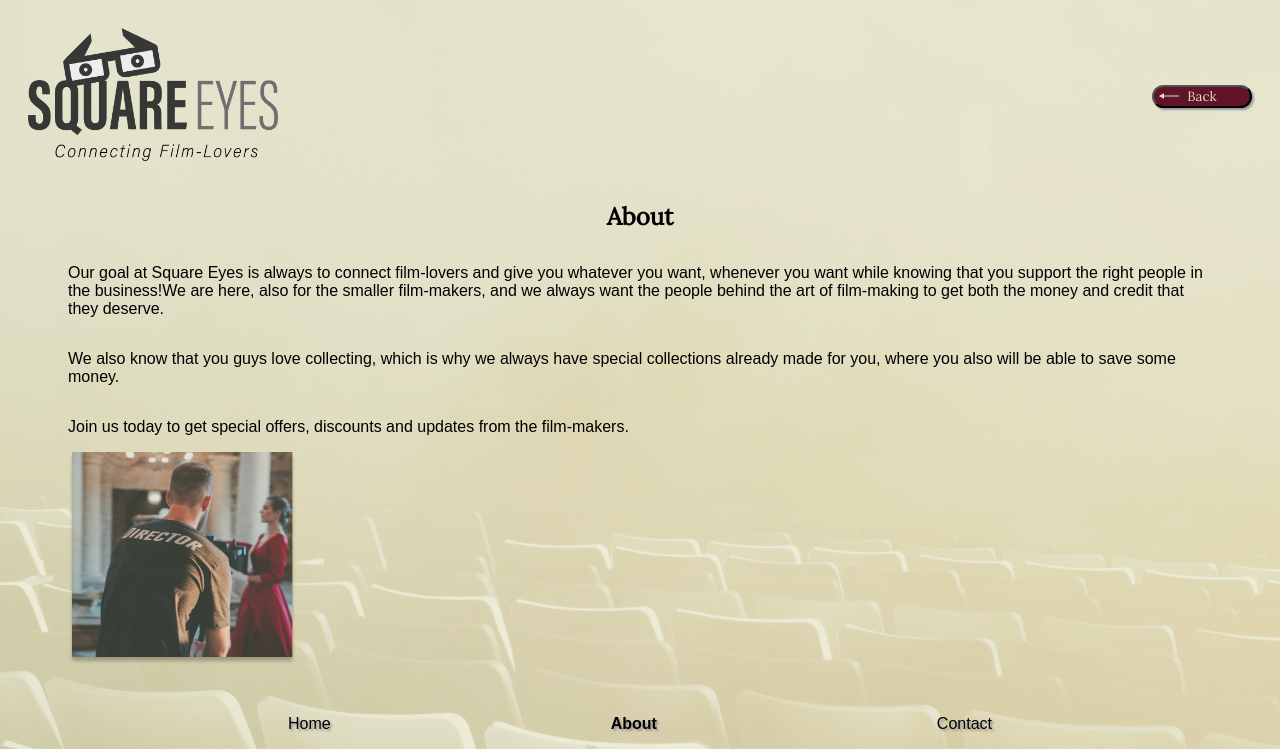
Repository: Noroff-FEU-Assignments/cross-course-project-Bekkholt
Page: about.html
The author's editor kept a copy of each file at every save. The page is drawn from the files as they stood at one save, then again after the next save.
The browser window is 1280 px wide. The pictures show the whole page.

Above is the page before, as saved 2022-11-07 20:25:19.

### about.html
<!DOCTYPE html>
<html>
  <head>
    <title>Square Eyes | About</title>
    <meta name="description" content="Square Eyes - Connecting film lovers." />
    <meta name="viewport" content="width=device-width, initial-scale=1" />
    <link href="css/index.css" rel="stylesheet">
    <link rel="preconnect" href="https://fonts.googleapis.com">
    <link rel="preconnect" href="https://fonts.gstatic.com" crossorigin>
    <link href="https://fonts.googleapis.com/css2?family=Lora&display=swap" rel="stylesheet">
    <meta name="viewport" content="width=device-width, initial-scale=1">
  </head>
  <body>
    <header>
      <a href="index.html"><img class="logo" src="images/SquareEyes_Logo.png" alt="Square Eyes logo"></a>
      <a href="index.html"><button class="cta back">Back</button></a>
    </header>
    <main>
      <h1>About</h1>

    <div class="director_photo">

    <p>
        Our goal at Square Eyes is always to connect film-lovers and give you whatever you want, whenever you want while knowing that you support the right people in the business!We are here, also for the smaller film-makers, and we always want the people behind the art of film-making to get both the money and credit that they deserve.
    </p>
    <p>
        We also know that you guys love collecting, which is why we always have special collections already made for you, where you also will be able to save some money.
    </p>
    <p>
        Join us today to get special offers, discounts and updates from the film-makers.
    </p>
    <img src="images/Rectangle 48.png" alt="Director filming a scene">
  </div>
  </main>
  <footer>
    <nav>
      <ul>
        <li><a href="index.html">Home</a></li>
        <li><a href="about.html" class="active">About</a></li>
        <li><a href="contact.html">Contact</a></li>
      </ul>
    </nav>
  </footer>
  </body>
</html>

### css/index.css
html {
    background: url(../images/alex-avalos-dnUNjIUCg5c-unsplash.jpg);
    background-size: cover;
    background-repeat: no-repeat;
    background-blend-mode:soft-light;
    background-color: #ddddc5;
    min-height: 100%;
}

h1, h2 {
    font-family: 'Lora', serif;
    font: bold;
    font-size: x-large;
    text-align: center;
    font-weight: bold;
}

p {
    font-family: 'DM Sans', sans-serif;
    color: #000000;
    text-align: left;
    /* padding: 5px 60px; */
}

.index {
    text-shadow: 2px 2px 2px #9c9999;
}

form {
    display: flex;
    flex-direction: column;
    padding: 10px 85px 10px 85px;
}

header {
display: flex;
flex-direction: row;
justify-content: space-between;
align-items: center;
padding: 20px;
}

.genre, .price {
    display: flex;
    flex-direction: row;
    justify-content: space-around;
}

.price {
    padding-top: 0px;
    padding-bottom: 30px;
}

.hobbs, .godzilla, .batman,
.toy-story, .addams, .sweetheart, .hollywood, .scream {
    max-width: 100px;
    margin: 0px;
    box-shadow: 2px 2px 2px #9c9999;
}

.collections {
    display: flex;
    flex-direction: row;
    justify-content: space-around;
}

.cta {
    background-color: #611428;
    color: #ddddc5;
    font-family: 'Lora', serif;
    border-radius: 50px;
    width: 100px;
    text-decoration: none;
    text-align: center;
    box-shadow: 2px 2px 2px #9c9999;
}

.cta_tall {
    padding-top: 10px;
    padding-bottom: 10px;
}

.long {
    align-self: center;
    width: 200px;
    margin: 5px;
}

nav {
    margin-top: 50px;
}

.back {
    background-image: url(../images/Arrow\ 6.png);
    background-repeat: no-repeat;
    background-position: 5px;
}

.logo {
    max-width: 150px;
    padding: 0px;
}

ul a {
    font-family: 'DM Sans', sans-serif;
    color: #000000;
    text-decoration: none;
    text-shadow: 2px 2px 2px #9c9999;
}

ul {
    list-style: none;
    display: flex;
    flex-direction: row;
    justify-content: space-evenly;
    padding: 0%;
}

.active, .bold {
    font-weight: bold;
}

.allproducts {
    display: flex;
    flex-direction: row;
}

.addams__specific {
    max-width: 50%;
    max-height: 50%;
    padding: 95px;
    padding-top: 20px;
    padding-bottom: 20px;
}

.checkmark {
    height: 70px;
}

.checkout_buttons {
    display: flex;
    flex-direction: column;
    align-items: center;
    padding-top: 5px;
}

.items {
    display: flex;
    flex-direction: column;
    align-items: center;
}

.index {
    text-align: left;
    padding-left: 15px;
    margin: 5px 0;
}

.continue {
    text-align: center;
    padding: 0px;
    margin: 20px;
}

.congratulations {
    color: #611428;
    font-size: xx-large;
}

.director_photo {
    display: flex;
    flex-direction: column;
    align-items: flex-start;
    padding: 0 60px;
}

input, textarea  {
    margin-bottom: 5px;
    border-radius: 20px;
    background-color: #ddddc5;
    box-shadow: 2px 2px 2px #9c9999;
    border: none;
    height: 25px;
}

.checkout_form {
    margin-bottom: 15px;
}

.contact_form {
    padding: 10px;
}

.contact_form_space {
    margin-bottom: 30px;
}

.message {
    height: 60px;
    padding: 10px;
}

.submit_form_space {
    padding: 10px;
    margin-top: 20px;
    margin-bottom: 60px;
}

.small_form {
    display: flex;
    justify-content: center space-evenly;
    width: 98px;
}

.small_form_left {
    margin-right: 2px;
}

.small_form_right {
    margin-left: 2px;
}

.paypal {
    width: 80px;
    height: 60px;
    border-radius: 90px;
    display: flex;
    align-self: center;
    background-image: url(../images/paypal_button.png);
    background-repeat: no-repeat;
    background-position: 50%;
    box-shadow: 2px 2px 2px #9c9999;
}

.paypal_button {
    /* width: 80px;
    height: 60px; */
    border-radius: 90px;
    display: flex;
    flex-direction: column;
    background-color: #ddddc5;
    align-self: center;
    box-shadow: 2px 2px 2px #9c9999;
    text-decoration: none;
    margin: auto;
    width: fit-content;
    padding: 5px 0;
}

.paypal_button_text {
    text-align: center;
    margin: 0 30px;
    padding: 0;
}

.paypal_button_logo {
    width: 30px;
    align-self: center;
}

.product_text {
    margin-top: 1px;
    margin-bottom: 1px;
}

@media (min-width: 600px) and (max-width: 999px) {

    p {
    /* margin: 0px 100px; */
    }

    .director_photo {
        /* margin-left: 50px; */
    }

    .addams__specific {
        margin: 0px 100px;
    }
/*
    .checkmark {
        padding-left: 400px;
    } */

    .small_form {
        display: flex;
        justify-content: center space-evenly;
        width: 125px;
    }

    .index {
        margin-left: 40px;
    }

    form {
        display: flex;
        flex-direction: column;
        padding: 10px 200px 10px 200px;
    }

    .small_form {
        display: flex;
        justify-content: center space-evenly;
        width: 110px;
    }

    .hobbs, .godzilla, .batman,
    .toy-story, .addams, .sweetheart, .hollywood, .scream {
    max-width: 150px;
    margin: 0px;
    box-shadow: 2px 2px 2px #9c9999;
}

    .logo {
    max-width: 200px;
    padding: 0px;
}

}

@media (min-width: 1000px) {

    p {
    /* margin: 20px 300px; */
    }


    .addams__specific {
        margin: 0px 380px;
    }

    .small_form {
        display: flex;
        justify-content: center space-evenly;
        width: 125px;
    }

    .index {
        margin-left: 90px;
    }

    .logo {
        max-width: 250px;
        padding: 0px;
    }

    .hobbs, .godzilla, .batman,
    .toy-story, .addams, .sweetheart, .hollywood, .scream {
    max-width: 200px;
    margin: 0px;
    box-shadow: 2px 2px 2px #9c9999;
}
}

After the next save:
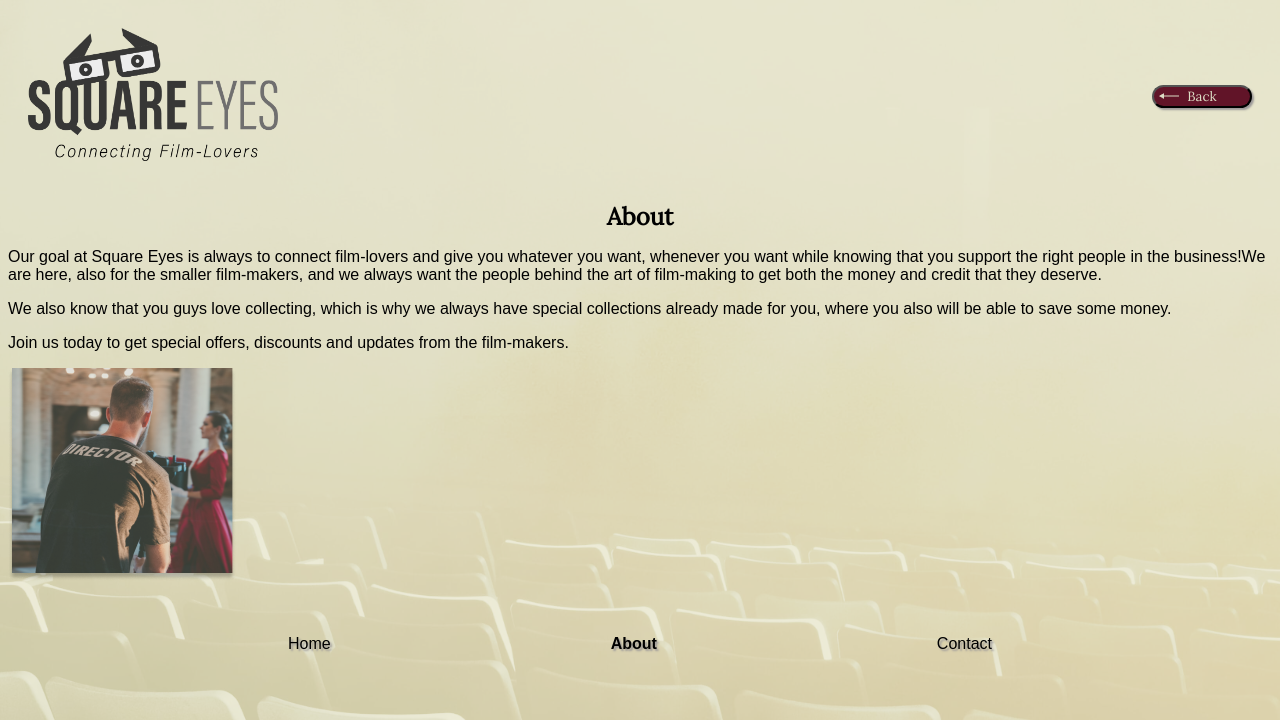
Saved 98 s later.
--- a/css/index.css
+++ b/css/index.css
@@ -167,10 +167,10 @@
     font-size: xx-large;
 }
 
-.director_photo {
-    display: flex;
-    flex-direction: column;
-    align-items: flex-start;
+.about {
+    display: flex;
+    flex-direction: column;
+    align-items: flex-stc:\Users\tinab\AppData\Local\Programs\Microsoft VS Code\resources\app\out\vs\code\electron-sandbox\workbench\workbench.htmlart;
     padding: 0 60px;
 }
 

After the 4 saves that followed:
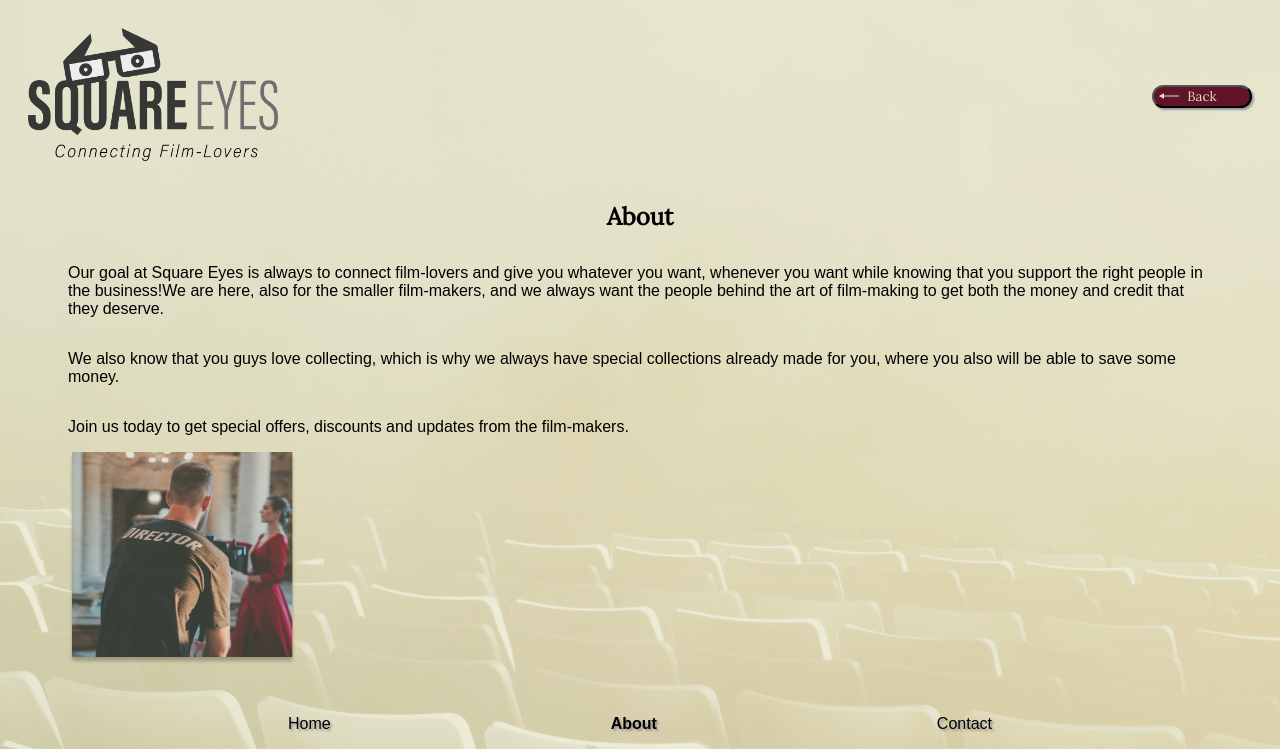
The 4 saves are shown as one change because 3 left the picture as it was.
The last was saved 2 min 15 s later.
--- a/about.html
+++ b/about.html
@@ -17,9 +17,7 @@
     </header>
     <main>
       <h1>About</h1>
-
-    <div class="director_photo">
-
+    <div class="about">
     <p>
         Our goal at Square Eyes is always to connect film-lovers and give you whatever you want, whenever you want while knowing that you support the right people in the business!We are here, also for the smaller film-makers, and we always want the people behind the art of film-making to get both the money and credit that they deserve.
     </p>
--- a/css/index.css
+++ b/css/index.css
@@ -170,7 +170,7 @@
 .about {
     display: flex;
     flex-direction: column;
-    align-items: flex-stc:\Users\tinab\AppData\Local\Programs\Microsoft VS Code\resources\app\out\vs\code\electron-sandbox\workbench\workbench.htmlart;
+    align-items: flex-start;
     padding: 0 60px;
 }
 
@@ -233,8 +233,6 @@
 }
 
 .paypal_button {
-    /* width: 80px;
-    height: 60px; */
     border-radius: 90px;
     display: flex;
     flex-direction: column;
@@ -269,17 +267,13 @@
     /* margin: 0px 100px; */
     }
 
-    .director_photo {
+    .about {
         /* margin-left: 50px; */
     }
 
     .addams__specific {
         margin: 0px 100px;
     }
-/*
-    .checkmark {
-        padding-left: 400px;
-    } */
 
     .small_form {
         display: flex;
@@ -319,11 +313,6 @@
 
 @media (min-width: 1000px) {
 
-    p {
-    /* margin: 20px 300px; */
-    }
-
-
     .addams__specific {
         margin: 0px 380px;
     }
